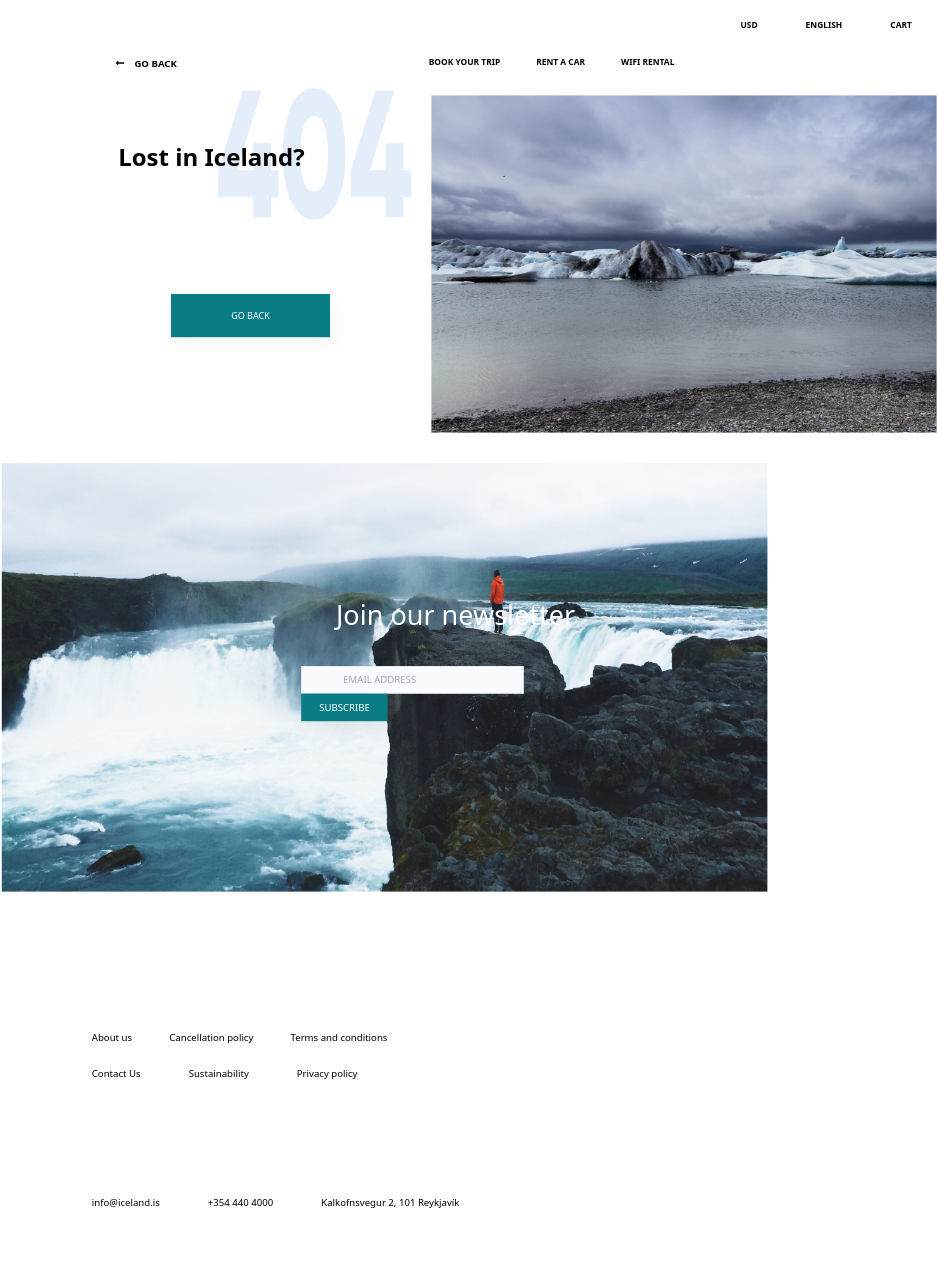
Repository: uh-sman/Iceland
Page: /
An editor plug-in stored every save of this project. The page is shown before and after the next save, followed by the edit.
The browser window is 1280 px wide. The page is 1561 px wide, so the pictures cover 1561 px, including what lies to the right of the window. The pictures show the whole page, at 60% of full size.
The project was rebuilt for these pictures with package versions that can differ from the ones it lists, and the page was loaded fresh each time.

Above is the page before, as saved 2022-09-09 14:03:13.

### src/App.js
import logo from "./logo.svg";
import "./App.css";
import { Topnav } from "./components/Topnav";
import { FullNav } from "./components/FullNav";
import { Body } from "./Body";
import { Footer } from "./components/Footer";

function App() {
  return (
    <div className="App">
      <FullNav />
      <Body />
      <div className="bg-gray-700 h-full">
        <Footer />
      </div>
    </div>
  );
}

export default App;

### src/App.css
* {
  margin: 0;
  padding: 0;
  /* scroll-behavior: none; */
}
.custom {
  background: #097c84;
  box-shadow: 7px 10px 30px rgba(0, 0, 0, 0.05);
  line-height: 18.57px;
}
.search {
  padding: 10px 69px;
  background: #f9fbff;
  border: 1px solid #e1e3e9;
  outline: none;
}
.button {
  padding: 11px 30px;
  background: #097c84;
  box-shadow: 7px 10px 30px rgba(0, 0, 0, 0.05);
  /* background: #f9fbff; */
  /* border: 1px solid #e1e3e9; */
}
.footercolor {
  background: #f0f4fa;
  /* transform: matrix(1, 0, 0, -1, 0, 0); */
}

### src/components/Topnav.js
import React from "react";

export const Topnav = () => {
  return (
    <div className="container w-full py-[31px]">
      <nav className="absolute left-[1234px]">
        <ul className="space-x-20 text-sm font-semibold">
          <a href="">USD</a>
          <a href="">ENGLISH</a>
          <a href="">CART</a>
        </ul>
      </nav>
    </div>
  );
};

### src/components/FullNav.jsx
import React from "react";
import { Bottomnav } from "./Bottomnav";
import { Hero } from "./Hero";
import { Newsletter } from "./Newsletter";
import { Topnav } from "./Topnav";

export const FullNav = () => {
  return (
    <div>
      <Topnav />
      <Bottomnav />
      <Hero />
    </div>
  );
};

### src/Body.js
import React from "react";
import { Newsletter } from "./components/Newsletter";

export const Body = () => {
  return (
    <div>
      <Newsletter />
    </div>
  );
};

### src/components/Footer.js
import React from "react";

export const Footer = () => {
  return (
    <div className="">
      <div className="absolute w-[1440px] h-[408px] left-[3px] top-[1717px] you">
        <div>
          <ul className="flex gap-[62px] left-[150px] absolute">
            <li>About us</li>
            <li>Cancellation policy</li>
            <li>Terms and conditions</li>
          </ul>
        </div>
      </div>
      <div className="absolute w-[1440px] h-[408px] left-[3px] top-[1717px] you">
        <div>
          <ul className="flex space-x-[80px] top-[60px] left-[150px] absolute">
            <li>Contact Us</li>
            <li className="">Sustainability</li>
            <li>Privacy policy</li>
          </ul>
        </div>
      </div>
      <div className="absolute w-[1440px] h-[408px] left-[3px] top-[1717px] you">
        <div>
          <ul className="flex space-x-[80px] top-[275px] left-[150px] absolute">
            <li>info@iceland.is</li>
            <li>+354 440 4000</li>
            <li>Kalkofnsvegur 2, 101 Reykjavík</li>
          </ul>
        </div>
      </div>
    </div>
  );
};

### src/components/Bottomnav.js
import React from "react";
import { FaLongArrowAltLeft } from "react-icons/fa";
export const Bottomnav = () => {
  return (
    <nav className="container w-full">
      <div className="py-[31px]">
        <div className="container">
          <h1 className="flex items-center gap-4 absolute left-[192px]">
            <FaLongArrowAltLeft />
            <a className=" cursor-pointer font-semibold text-md">GO BACK</a>
          </h1>
        </div>
        <div className="container">
          <div className="absolute right-[156px]">
            <ul className="space-x-[60px] text-sm font-semibold cursor-pointer">
              <a>BOOK YOUR TRIP</a>
              <a>RENT A CAR</a>
              <a>WIFI RENTAL</a>
            </ul>
          </div>
        </div>
      </div>
    </nav>
  );
};

### src/components/Hero.js
import React from "react";
import four from "../Assets/404.png";
import img from "../Assets/404 background 1.png";
import { Button } from "./Button";
export const Hero = () => {
  return (
    <div>
      <div className="container">
        <img
          src={four}
          className="absolute left-[363px] top-[146px] h-[221px] w-[323px]"
        />
      </div>
      <div className="container inset-3">
        <h1 className="font-semibold text-[40px] absolute left-[197px] top-[232px] ">
          Lost in Iceland?
        </h1>
      </div>
      <div className="container">
        <img
          src={img}
          className="absolute left-[719px] top-[159px] w-[842px] h-[562px]"
        />
      </div>
      <Button />
    </div>
  );
};

### src/components/Newsletter.js
import React from "react";
import adventure from "../Assets/adventure-makes-things-meaningful_t20_Vo0aX3 1.png";
export const Newsletter = () => {
  return (
    <div className="">
      <div className="container h-full">
        <img
          // w-[1440px]
          src={adventure}
          className="absolute h-[714px] left-[3px]
          top-[772px] w-[99.7%]"
        />
        <div className="container">
          <h1 className="text-[45px] font-[600px] absolute top-[990px] left-[560px] text-white">
            Join our newsletter
          </h1>
        </div>
        <div className="container w-full">
          <div className="absolute top-[1110px] w-[499px] h-[57px] left-[502px] box-border">
            <input
              placeholder="EMAIL ADDRESS"
              type="email"
              className="search"
            />
            <button className="button text-white">SUBSCRIBE</button>
          </div>
        </div>
      </div>
    </div>
  );
};

### src/components/Button.js
import React from "react";

export const Button = () => {
  return (
    <div>
      <div>
        <button className="absolute w-[265px] h-[72px] left-[285px] top-[490px] custom font-[700px] text-white text-[15px]">
          GO BACK
        </button>
      </div>
    </div>
  );
};

### tailwind.config.js
/** @type {import('tailwindcss').Config} */
module.exports = {
  content: ["./src/**/*.{html,js,jsx}"],
  theme: {
    screens: {
      sm: "480px",
      md: "768px",
      lg: "976px",
      xl: "1440px",
    },
    extend: {},
  },
  plugins: [],
};

Loaded but not shown: public/index.html (common file); src/index.js (common file); src/index.css (common file)

After the next save:
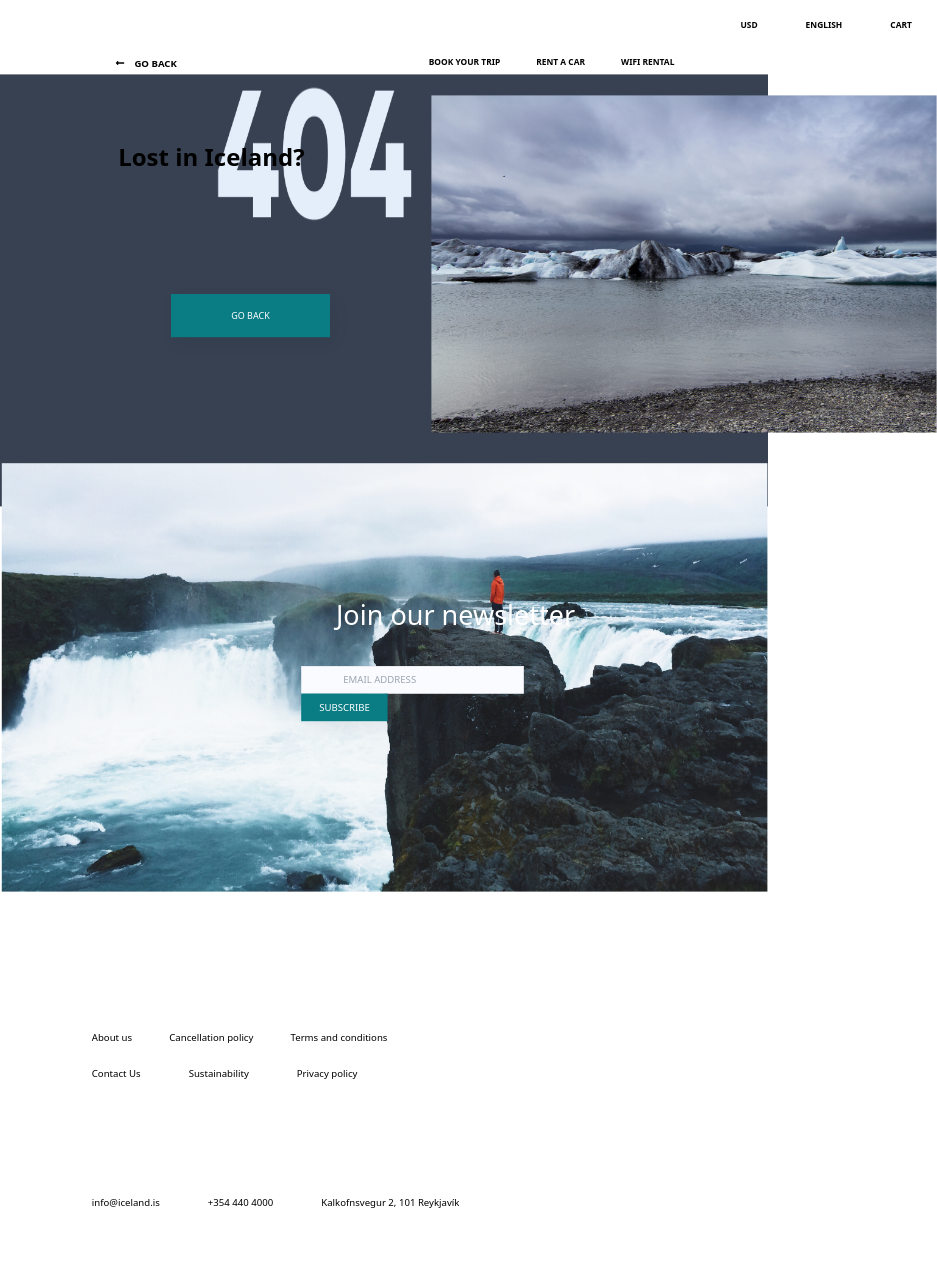
Saved 5 s later.
--- a/src/App.js
+++ b/src/App.js
@@ -10,7 +10,7 @@
     <div className="App">
       <FullNav />
       <Body />
-      <div className="bg-gray-700 h-full">
+      <div className="bg-gray-700 h-screen">
         <Footer />
       </div>
     </div>

After the save that followed:
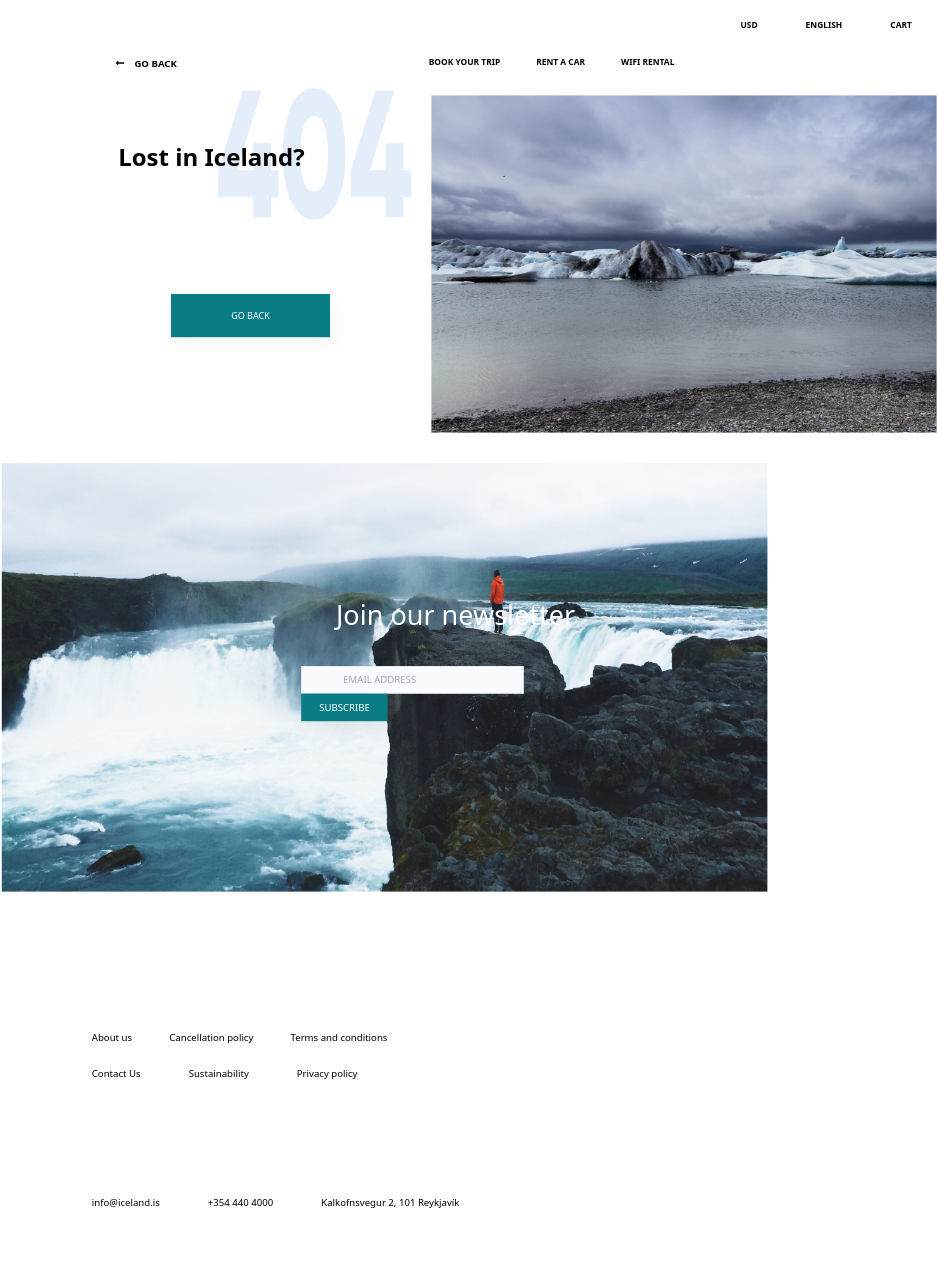
Saved 20 s later.
--- a/src/App.js
+++ b/src/App.js
@@ -10,7 +10,7 @@
     <div className="App">
       <FullNav />
       <Body />
-      <div className="bg-gray-700 h-screen">
+      <div className="">
         <Footer />
       </div>
     </div>
